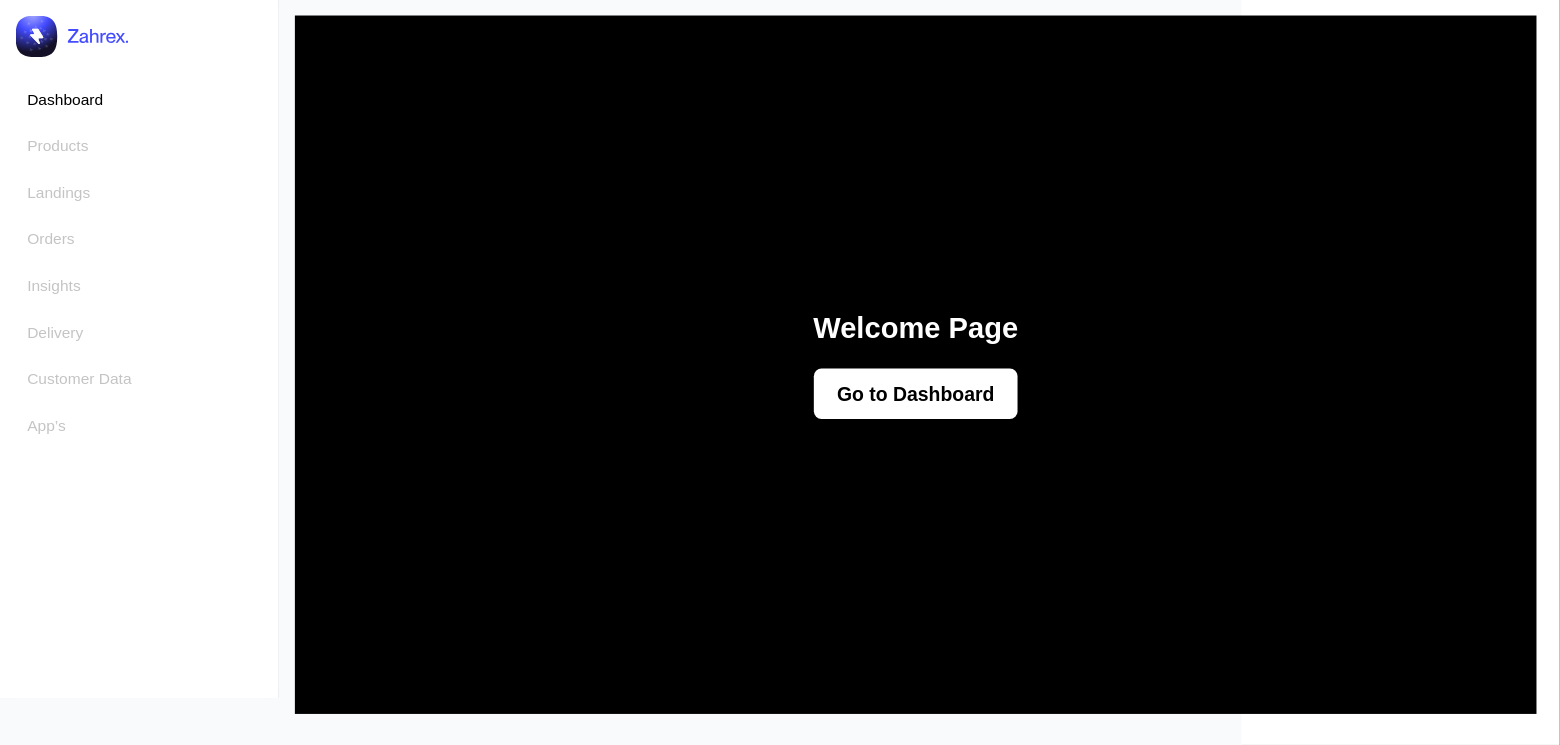
Repository: asba38295-web/zahrex-app
Page: /dashboard
An editor plug-in stored every save of this project. The page is shown before and after the next save, followed by the edit.
The browser window is 1280 px wide. The page is 1608 px wide, so the pictures cover 1608 px, including what lies to the right of the window. The pictures show the whole page, at 97% of full size.
The project was rebuilt for these pictures with package versions that can differ from the ones it lists, and the page was loaded fresh each time. The framework's server and built-in components were replaced by stand-ins that run in the browser. Also part of the build but not shown: next.config.mjs.

Above is the page before, as saved 2025-11-28 14:37:05.

### src/app/dashboard/page.jsx
"use client";
import React, { useState } from "react";

import Dashboard from "../../page/Dashboard/Dashboard";

export default function DashboardShell() {
  const [activeTab, setActiveTab] = useState("dashboard");
  const [mobileMenuOpen, setMobileMenuOpen] = useState(false);

  const NAV = [
    { key: "dashboard", label: "Dashboard" },
    { key: "products",  label: "Products" },
    { key: "landings",  label: "Landings" },
    { key: "orders", label: "Orders" },
    { key: "insights",      label: "Insights" },
    { key: "delivery",  label: "Delivery" },
    { key: "customerData",      label: "Customer Data" },
    { key: "apps",   label: "App’s" },

  ];

  return (
    <div className="min-h-screen bg-gray-50 flex">
      {/* Sidebar */}
      <aside
        className={`fixed inset-y-0 left-0 z-30 w-72 bg-white/90 backdrop-blur border-r border-gray-200 p-4 transition-transform md:translate-x-0 ${
          mobileMenuOpen ? "translate-x-0" : "-translate-x-full md:translate-x-0"
        }`}
      >
        <div className="flex items-center justify-between mb-6">
          <div className="flex items-center gap-2">
            <img src="logoz.svg" alt="" />
          </div>
          <button
            onClick={() => setMobileMenuOpen(false)}
            className="md:hidden inline-flex items-center justify-center h-9 w-9 rounded-full border"
            aria-label="Close menu"
          >
            ×
          </button>
        </div>

        <nav className="space-y-2">
          {NAV.map((item) => (
            <button
              key={item.key}
              onClick={() => setActiveTab(item.key)}
              className={`w-full text-[#C4C4C4] text-left px-3 py-2 rounded-xl ${
                activeTab === item.key
                  ? " text-black  border-black"
                  : "hover:bg-gray-100"
              }`}
            >
              {item.label}
            </button>
          ))}
        </nav>
      </aside>


      {/* Main */}
      <main className=" flex-1 md:ml-72 p-4">
        {/* Top bar */}
        <div className="flex items-center justify-between gap-2 mb-4">
          <button
            onClick={() => setMobileMenuOpen(true)}
            className="md:hidden inline-flex items-center justify-center h-10 w-10 rounded-xl border bg-white"
            aria-label="Open menu"
          >
            ☰
          </button>
          <h1 className="text-xl font-semibold">{titleForTab(activeTab)}</h1>
          <div className="hidden md:block" />
        </div>

        {/* 🧩 المحتوى: خاوي دابا — ركب فيه كومبونوناتك من بعد */}
        {/* <EmptyPanel /> */}

        {/*
          🔌 منين تبغي تركّب كومبونونت:
          import OrdersTable from "@/componentsDashboard/orders/OrdersTable";
          ثم بدّل <EmptyPanel /> بـ:
          {activeTab === "orders" && <OrdersTable />}
          وهاكذا لباقي التابات...
        */}
      </main>
    </div>

  );
}

function titleForTab(key) {
  switch (key) {
    case "dashboard": return < Dashboard />;
    case "orders": return "Orders22";
    case "services": return "Services";
    case "closed": return "Closed";
    case "paid": return "Paid";
    case "products": return "Products";
    case "delivery": return "Delivery";
    case "customers": return "Customers";
    case "meta": return "Meta";
    case "whatsapp": return "Whatsapp";
    case "team": return "Team";
    case "finance": return "Finance";
    case "email": return "Email";
  }
}

// function EmptyPanel() {
//   return (
//     <div className="grid place-items-center h-[60vh] rounded-2xl border bg-white text-gray-500">
//       <div className="text-center space-y-2">
//         <div className="text-sm uppercase tracking-wide text-gray-400">Empty</div>
//         <p className="text-base">ركّب الكومبونونت ديالك هنا من بعد.</p>
//       </div>
//     </div>
//   );
// }

### src/page/Dashboard/Dashboard.jsx
"use client";
import React, { useState } from "react";

export default function HomePage() {
  const [showDashboard, setShowDashboard] = useState(false);

  return (
    <div className="h-screen w-screen bg-black text-white flex items-center justify-center">
      {!showDashboard ? (
        <Welcome onStart={() => setShowDashboard(true)} />
      ) : (
        <Dashboard />
      )}
    </div>
  );
}

function Welcome({ onStart }) {
  return (
    <div className="text-center">
      <h1 className="text-3xl mb-6">Welcome Page</h1>
      <button
        onClick={onStart}
        className="px-6 py-3 bg-white text-black rounded-lg hover:bg-gray-300 transition"
      >
        Go to Dashboard
      </button>
    </div>
  );
}

function Dashboard() {
  return (
    <div className="text-center">
      <h1 className="text-3xl">Dashboard</h1>
    </div>
  );
}

Loaded but not shown: src/app/layout.js (common file); src/app/globals.css (common file)

After the next save:
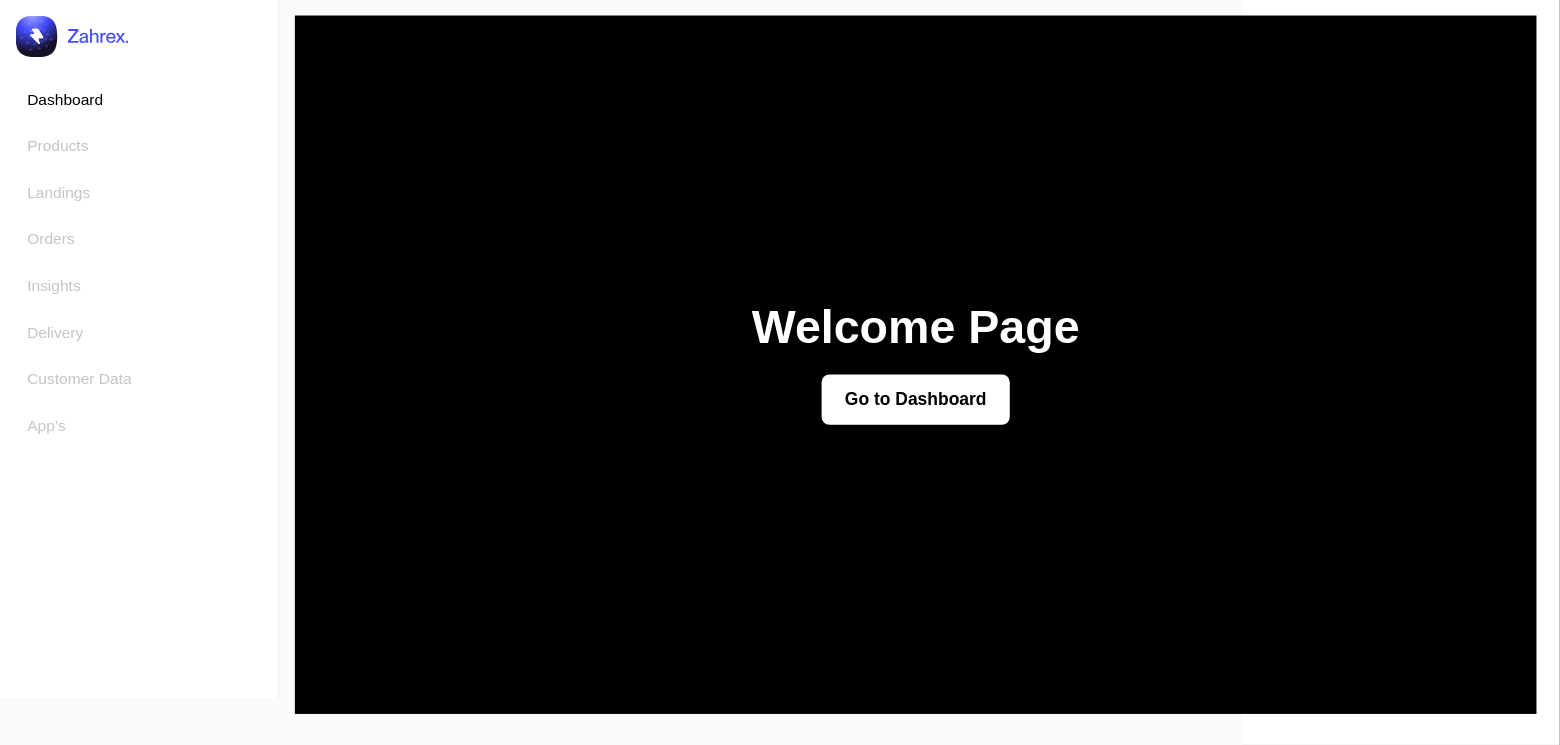
Saved 2 min 46 s later.
--- a/src/page/Dashboard/Dashboard.jsx
+++ b/src/page/Dashboard/Dashboard.jsx
@@ -5,7 +5,7 @@ export default function HomePage() {
   const [showDashboard, setShowDashboard] = useState(false);
 
   return (
-    <div className="h-screen w-screen bg-black text-white flex items-center justify-center">
+    <div className="h-screen w-screen bg-black text-white flex items-center justify-center p-4">
       {!showDashboard ? (
         <Welcome onStart={() => setShowDashboard(true)} />
       ) : (
@@ -17,11 +17,14 @@ export default function HomePage() {
 
 function Welcome({ onStart }) {
   return (
-    <div className="text-center">
-      <h1 className="text-3xl mb-6">Welcome Page</h1>
+    <div className="text-center w-full max-w-md">
+      <h1 className="text-3xl md:text-5xl font-bold mb-6">
+        Welcome Page
+      </h1>
+
       <button
         onClick={onStart}
-        className="px-6 py-3 bg-white text-black rounded-lg hover:bg-gray-300 transition"
+        className="px-6 py-3 bg-white text-black rounded-lg hover:bg-gray-300 transition text-base md:text-lg w-full md:w-auto"
       >
         Go to Dashboard
       </button>
@@ -31,8 +34,10 @@ function Welcome({ onStart }) {
 
 function Dashboard() {
   return (
-    <div className="text-center">
-      <h1 className="text-3xl">Dashboard</h1>
+    <div className="text-center w-full max-w-md">
+      <h1 className="text-3xl md:text-5xl font-bold">
+        Dashboard
+      </h1>
     </div>
   );
 }
